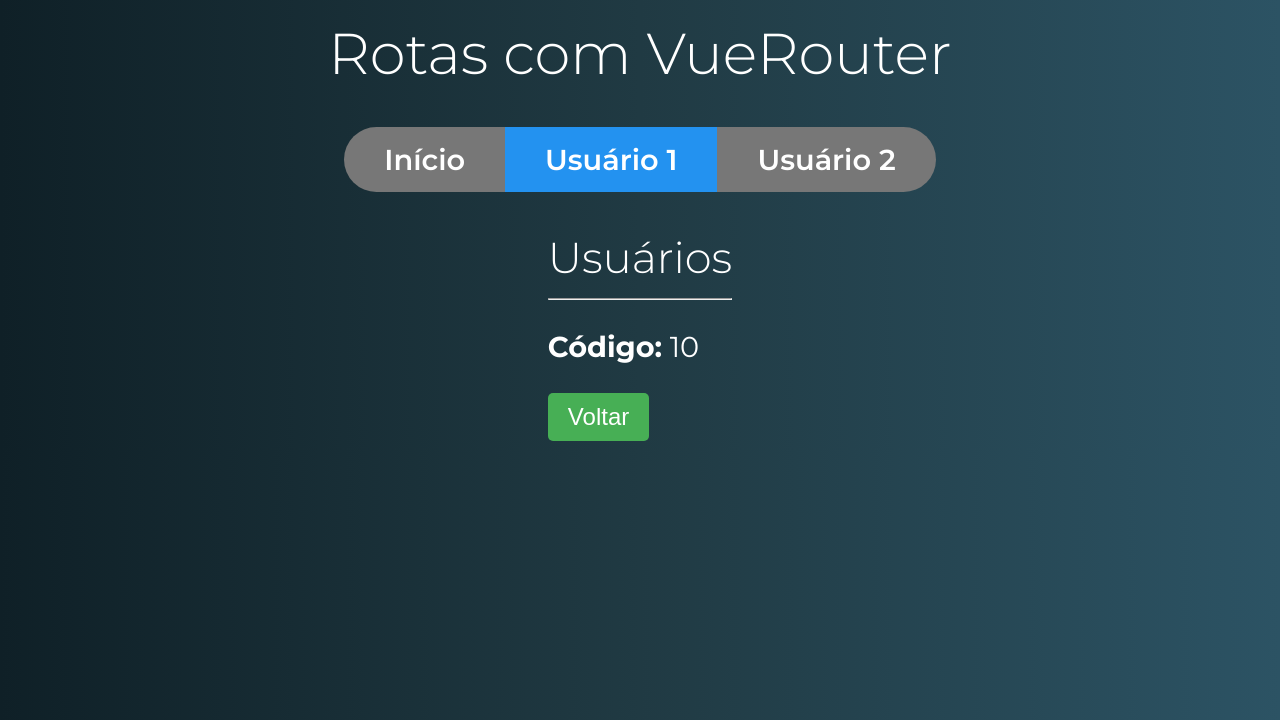
Repository: LucianoBitt/Curso_VueJS
Page: /usuario/10 (app in 14_rotas/rotas-exercicios/)
An editor plug-in stored every save of this project. The page is shown before and after the next save, followed by the edit.
The browser window is 1280 px wide. The pictures show the whole page.
The project was rebuilt for these pictures with package versions that can differ from the ones it lists, and the page was loaded fresh each time. Imported but missing from the stored project, and not drawn on this page: 14_rotas/rotas-exercicios/src/component/usuario/UsuarioDetalhe, 14_rotas/rotas-exercicios/src/component/usuario/UsuarioEditar, 14_rotas/rotas-exercicios/src/component/usuario/UsuarioLista.

Above is the page before, as saved 2024-01-30 16:49:37.

### 14_rotas/rotas-exercicios/src/main.js
import '@/style.css'
import Vue from 'vue'
import App from '@/App.vue'
import router from '@/router'

Vue.config.productionTip = false

new Vue({
    router,
    render: h => h(App),
}).$mount('#app')

### 14_rotas/rotas-exercicios/src/App.vue
<template>
	<div id="app">
		<h1>Rotas com VueRouter</h1>
		<Menu />
		<router-view />
	</div>
</template>

<script>
import Menu from '@/components/template/Menu'
export default {
	components: { Menu },
}
</script>

<style>
	#app {
		display: flex;
		flex-direction: column;
		align-items: center;
	}
</style>

### 14_rotas/rotas-exercicios/src/router.js
import Vue from 'vue'
import Router from 'vue-router'
import Inicio from '@/components/Inicio'
import Usuario from '@/components/usuario/Usuario'

Vue.use(Router)

export default new Router({
    mode: 'history',
    routes: [{
        path: '/',
        component: Inicio
    }, {
        path: '/usuario/:id',
        component: Usuario,
        props: true
    }]
})

### 14_rotas/rotas-exercicios/src/components/template/Menu.vue
<template>
	<nav class="menu">
		<ul>
			<router-link to="/" tag="li" active-class="active" exact>
				<a>Início</a></router-link>
			<router-link to="/usuario/10" tag="li" active-class="active">
				<a>Usuário 1</a></router-link>
			<router-link to="/usuario/20" tag="li" active-class="active">
				<a>Usuário 2</a></router-link>
		</ul>
	</nav>
</template>

<script>
export default {

}
</script>

<style>

</style>

### 14_rotas/rotas-exercicios/src/components/usuario/Usuario.vue
<template>
	<div class="usuario">
		<h2>Usuários</h2>
		<hr>
		<p><strong>Código:</strong> {{ id }}</p>
		<button sucesso @click="irParaInicio">Voltar</button>
	</div>
</template>

<script>
export default {
	props: ['id'],
	// data() {
	// 	return {
	// 		id: this.$route.params.id
	// 	}
	// },
	// watch: {
	// 	$route(to, from) {
	// 		this.id = to.params.id
	// 	}
	// },
	methods: {
		irParaInicio() {
			// this.$router.push('/')
			this.$router.push({ path: '/'})
		}
	}
}
</script>

<style>

</style>

### 14_rotas/rotas-exercicios/src/components/Inicio.vue
<template>
	<div class="inicio">
		<h2>Início</h2>
	</div>
</template>

<script>
export default {

}
</script>

<style>

</style>

Loaded but not shown: 14_rotas/rotas-exercicios/public/index.html (common file); 14_rotas/rotas-exercicios/src/style.css (common file)

After the next save:
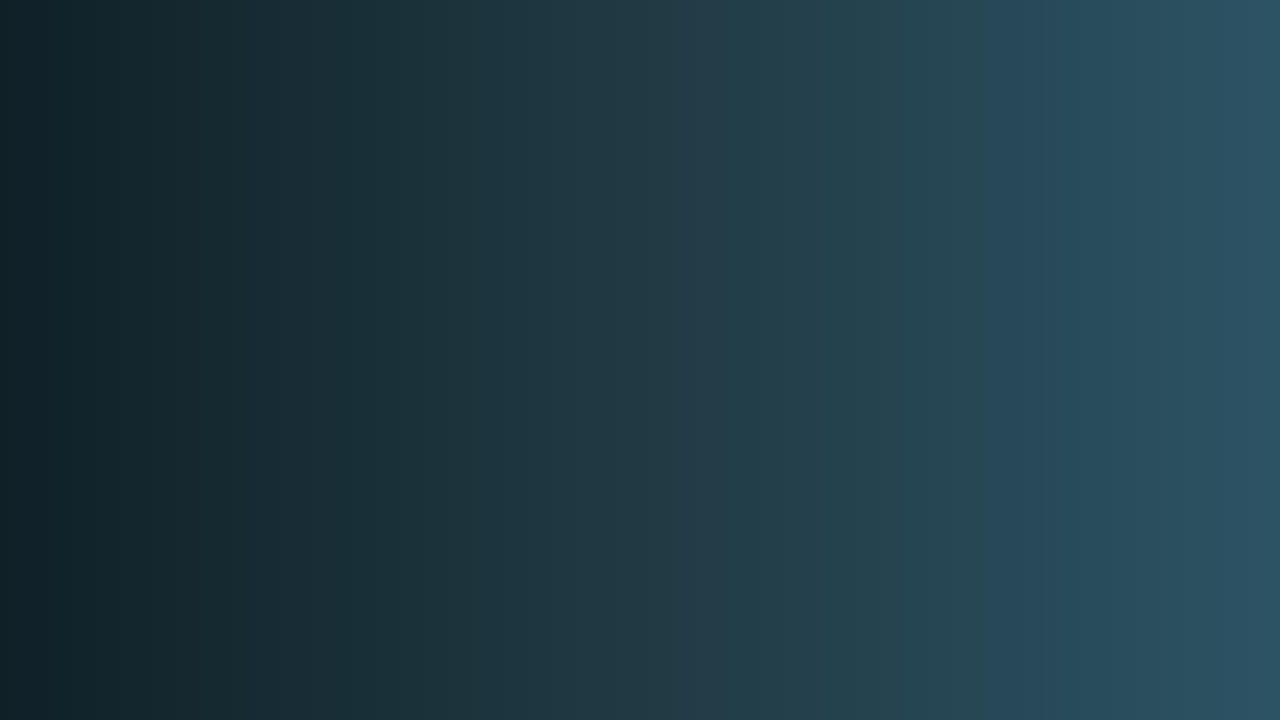
Console error: ReferenceError: component is not defined
Saved 55 s later.
--- a/14_rotas/rotas-exercicios/src/router.js
+++ b/14_rotas/rotas-exercicios/src/router.js
@@ -2,6 +2,8 @@
 import Router from 'vue-router'
 import Inicio from '@/components/Inicio'
 import Usuario from '@/components/usuario/Usuario'
+component
+import UsuarioLista from '@/'
 
 Vue.use(Router)
 

After the 3 saves that followed:
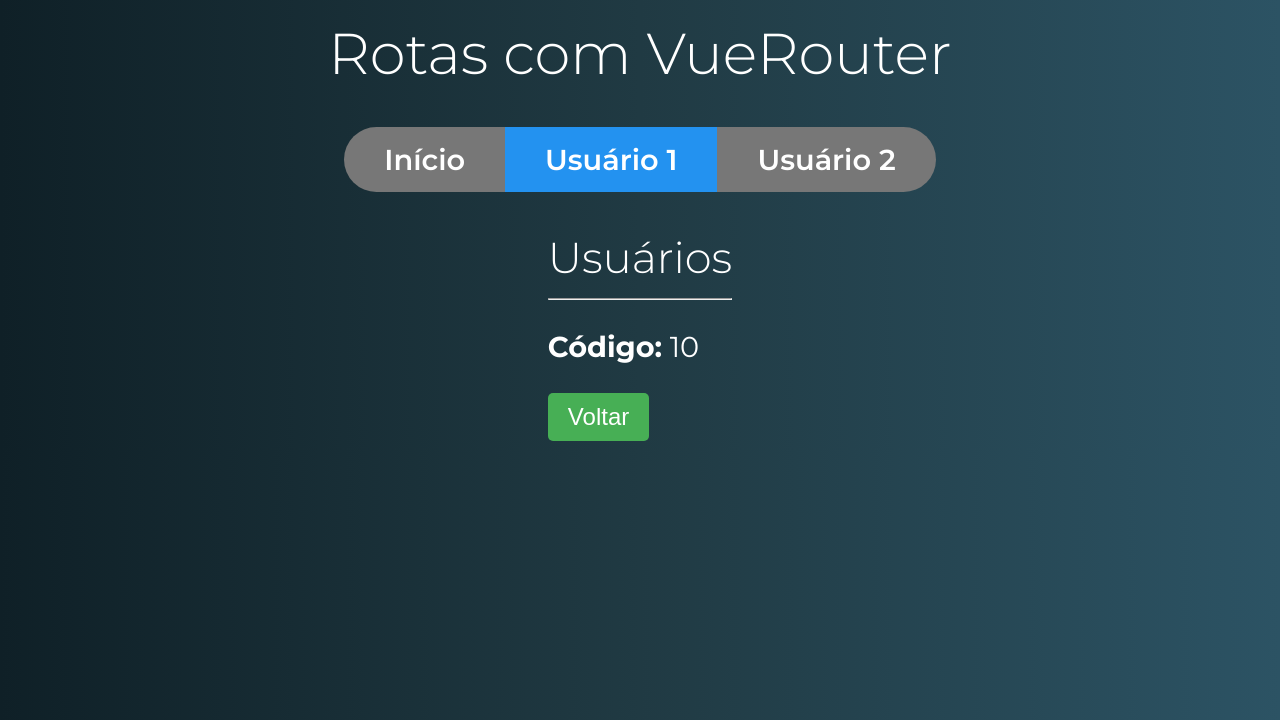
The error is gone.
The 3 saves are shown as one change because 2 did not build or start.
The last was saved 70 s later.
--- a/14_rotas/rotas-exercicios/src/router.js
+++ b/14_rotas/rotas-exercicios/src/router.js
@@ -2,8 +2,10 @@
 import Router from 'vue-router'
 import Inicio from '@/components/Inicio'
 import Usuario from '@/components/usuario/Usuario'
-component
-import UsuarioLista from '@/'
+
+import UsuarioLista from '@/component/usuario/UsuarioLista'
+import UsuarioDetalhe from '@/component/usuario/UsuarioDetalhe'
+import UsuarioEditar from '@/component/usuario/UsuarioEditar'
 
 Vue.use(Router)
 
